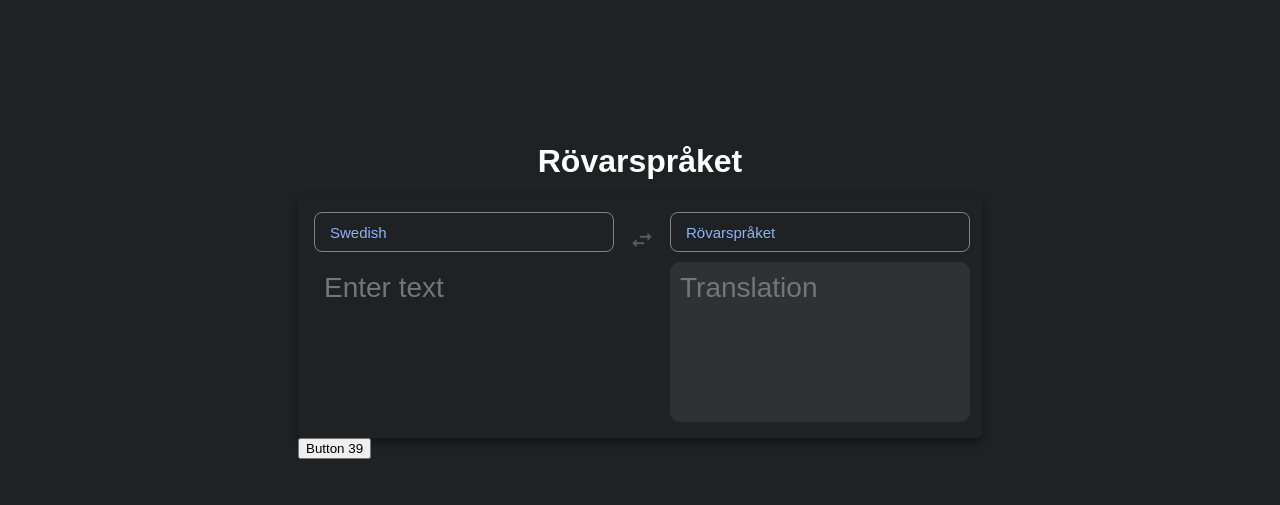
Repository: ShamroOoz/R-varspr-ket-Translator
Page: /
An editor plug-in stored every save of this project. The page is shown before and after the next save, followed by the edit.
The browser window is 1280 px wide. The pictures show the whole page.
The project was rebuilt for these pictures with package versions that can differ from the ones it lists, and the page was loaded fresh each time.

Above is the page before, as saved 2022-05-18 00:01:06.

After the next save:
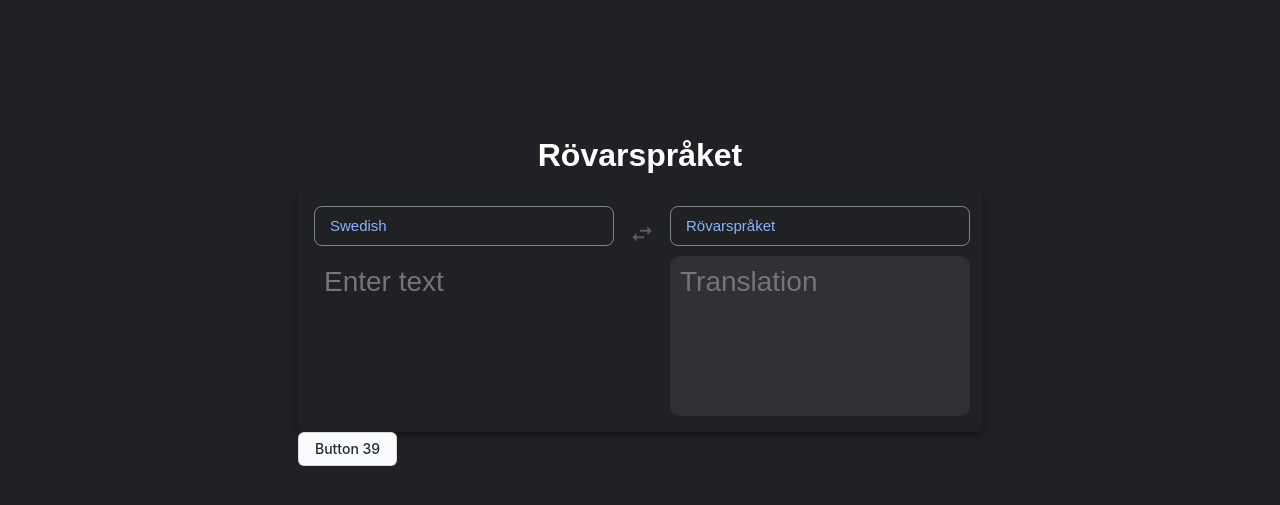
Saved 8 s later.
--- a/src/App.js
+++ b/src/App.js
@@ -74,7 +74,7 @@ function App() {
           translatedText={translatedText}
         />
       </div>
-      <button class="button-39" type="button">
+      <button class="button" type="button">
         Button 39
       </button>
     </>
